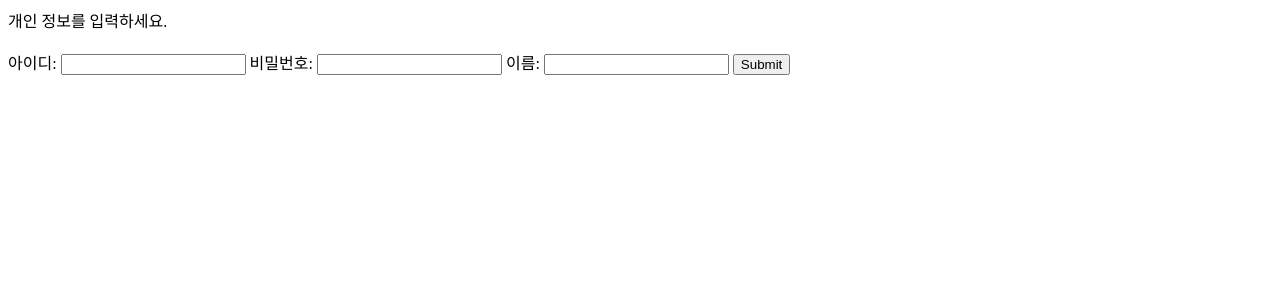
Repository: tjdwlsaos22/TJ_JSP
Page: http://localhost/Session/personal.jsp
An editor plug-in stored every save of this project. The page is shown before and after the next save, followed by the edit.
The browser window is 1280 px wide. The pictures show the whole page.
The page is served by Tomcat 9.

Above is the page before, as saved 2024-01-22 04:56:59.

After the next save:
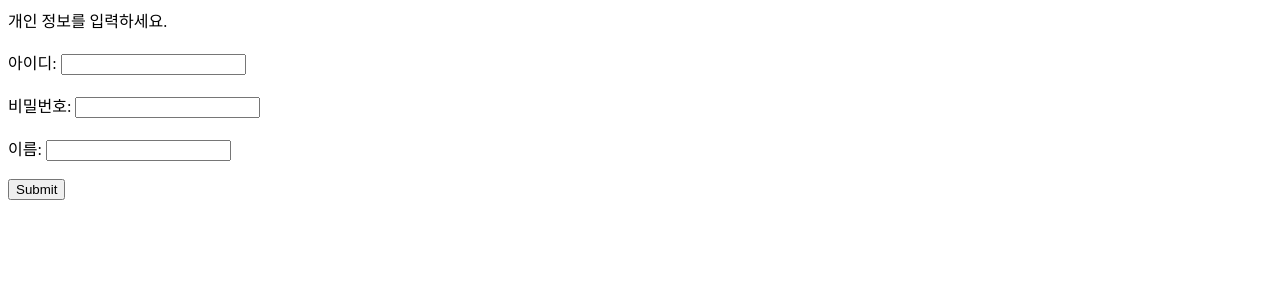
Saved 23 s later.
--- a/jsp1/Session/src/main/webapp/personal.jsp
+++ b/jsp1/Session/src/main/webapp/personal.jsp
@@ -11,11 +11,11 @@
 	<br><br>
 	<form action="personal2.jsp">
 	아이디:
-		<input type="text" name="ID">
+		<input type="text" name="ID"><br><br>
 	비밀번호:
-		<input type="password" name="pass">
+		<input type="password" name="pass"><br><br>
 	이름:
-		<input type="text" name="name">
+		<input type="text" name="name"><br><br>
 
 
 
